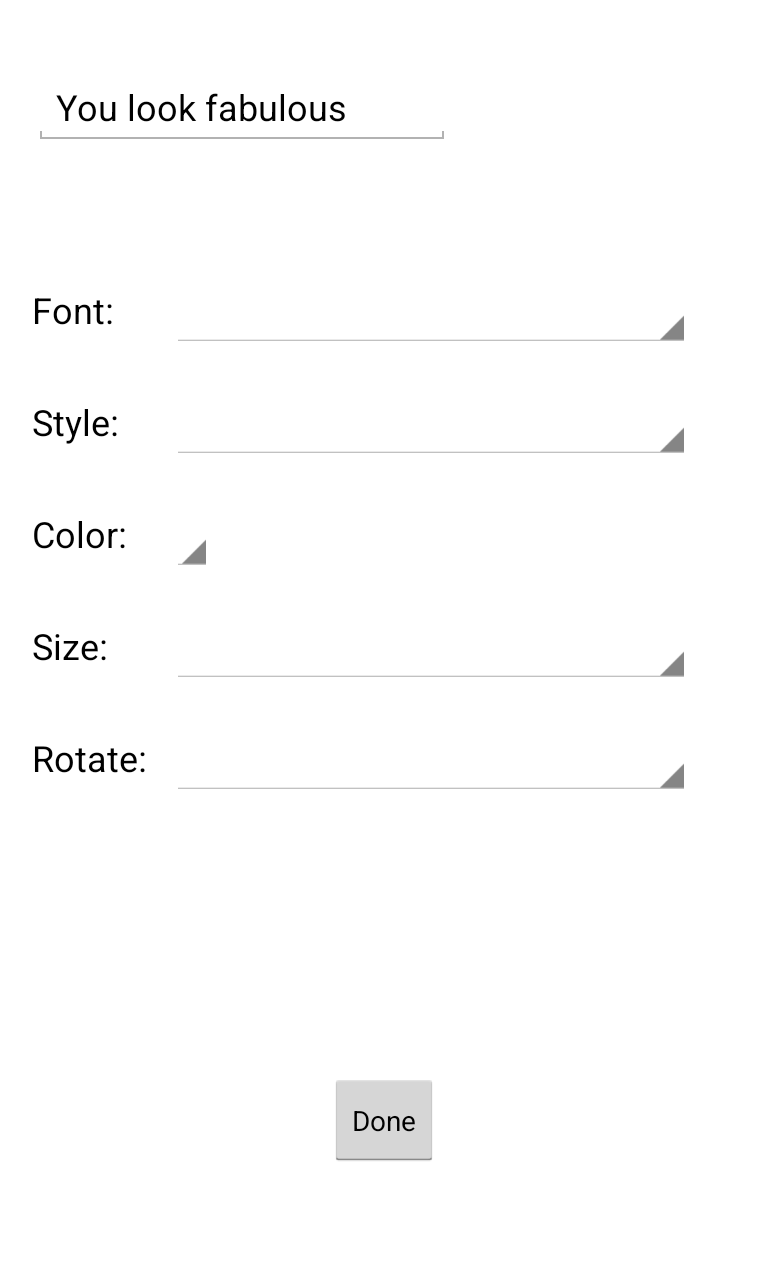
Repository: rtyanas/MyPics
Layout: workspace/MyPic/res/layout/activity_settings.xml
These files come from the project's save history. The layout is drawn as it stood at one moment and after the next save; the edit follows.
It is drawn on a 768 x 1280 px phone screen (xhdpi) without system bars, with theme AppTheme; the app's code is not run.

Above is the layout before, as saved 2013-12-17 20:01:10.

### workspace/MyPic/res/layout/activity_settings.xml
<RelativeLayout xmlns:android="http://schemas.android.com/apk/res/android"
    xmlns:tools="http://schemas.android.com/tools"
    android:id="@+id/message"
    android:layout_width="match_parent"
    android:layout_height="match_parent"
    android:paddingBottom="@dimen/activity_vertical_margin"
    android:paddingLeft="@dimen/activity_horizontal_margin"
    android:paddingRight="@dimen/activity_horizontal_margin"
    android:paddingTop="@dimen/activity_vertical_margin"
    tools:context=".SettingsActivity" >

    <EditText
        android:id="@+id/editText1"
        android:layout_width="wrap_content"
        android:layout_height="wrap_content"
        android:layout_alignParentTop="true"
        android:layout_marginTop="18dp"
        android:ems="10"
        android:text="@string/fabulous" />

    <Button
        android:id="@+id/done"
        style="?android:attr/buttonStyleSmall"
        android:layout_width="wrap_content"
        android:layout_height="wrap_content"
        android:layout_alignParentBottom="true"
        android:layout_centerHorizontal="true"
        android:layout_marginBottom="40dp"
        android:text="@string/done" />

    <LinearLayout
        android:id="@+id/linearLayout1"
        android:layout_width="wrap_content"
        android:layout_height="wrap_content"
        android:layout_alignLeft="@+id/editText1"
        android:layout_below="@+id/editText1"
        android:layout_marginTop="69dp" >

        <TextView
            android:id="@+id/textView2"
            android:layout_width="69dp"
            android:layout_height="wrap_content"
            android:text="@string/font"
            android:textAppearance="?android:attr/textAppearanceMedium" />

        <Spinner
            android:id="@+id/font"
            android:layout_width="261dp"
            android:layout_height="wrap_content" />
    </LinearLayout>

    <LinearLayout
        android:id="@+id/linearLayout2"
        android:layout_width="wrap_content"
        android:layout_height="wrap_content"
        android:layout_alignLeft="@+id/linearLayout1"
        android:layout_below="@+id/linearLayout1"
        android:layout_marginTop="24dp" >

        <TextView
            android:id="@+id/textView1"
            android:layout_width="69dp"
            android:layout_height="wrap_content"
            android:text="@string/style"
            android:textAppearance="?android:attr/textAppearanceMedium" />

        <Spinner
            android:id="@+id/style"
            android:layout_width="261dp"
            android:layout_height="wrap_content"
            android:layout_weight="1" />
    </LinearLayout>

    <LinearLayout
        android:id="@+id/linearLayout3"
        android:layout_width="wrap_content"
        android:layout_height="wrap_content"
        android:layout_alignLeft="@+id/linearLayout2"
        android:layout_below="@+id/linearLayout2"
        android:layout_marginTop="24dp" >

        <TextView
            android:id="@+id/textView3"
            android:layout_width="69dp"
            android:layout_height="wrap_content"
            android:text="@string/color_label"
            android:textAppearance="?android:attr/textAppearanceMedium" />

        <Spinner
            android:id="@+id/color"
            android:layout_width="0dip"
            android:layout_height="wrap_content"
            android:layout_weight="1" />
    </LinearLayout>

    <LinearLayout
        android:id="@+id/linearLayout4"
        android:layout_width="wrap_content"
        android:layout_height="wrap_content"
        android:layout_alignLeft="@+id/linearLayout3"
        android:layout_below="@+id/linearLayout3"
        android:layout_marginTop="24dp" >

        <TextView
            android:id="@+id/textView4"
            android:layout_width="69dp"
            android:layout_height="wrap_content"
            android:text="@string/size_label"
            android:textAppearance="?android:attr/textAppearanceMedium" />

        <Spinner
            android:id="@+id/size"
            android:layout_width="261dp"
            android:layout_height="wrap_content"
            android:layout_weight="1"  />
    </LinearLayout>

    <LinearLayout
        android:id="@+id/linearLayout5"
        android:layout_width="wrap_content"
        android:layout_height="wrap_content"
        android:layout_alignLeft="@+id/linearLayout4"
        android:layout_below="@+id/linearLayout4"
        android:layout_marginTop="24dp" >

        <TextView
            android:id="@+id/textView5"
            android:layout_width="69dp"
            android:layout_height="wrap_content"
            android:text="@string/rotate_label"
            android:textAppearance="?android:attr/textAppearanceMedium" />

        <Spinner
            android:id="@+id/rotate"
            android:layout_width="261dp"
            android:layout_height="wrap_content" />

    </LinearLayout>

</RelativeLayout>

### workspace/MyPic/res/values/strings.xml
<?xml version="1.0" encoding="utf-8"?>
<resources>

    <string name="app_name">MyPic</string>
    <string name="action_settings">Settings</string>
    <string name="hello_world">Hello world!</string>
    <string name="fabulous">You look fabulous</string>
    <string name="my_pic_image">myPic Image</string>
    <string name="get_image">Get Image</string>
    <string name="title_activity_get_image">GetImageActivity</string>
    <string name="title_activity_settings">SettingsActivity</string>
    <string name="init_text">You are fabulous</string>
    <string name="done">Done</string>
    <string-array name="Fonts">
        <item >Normal</item>
        <item >Monospace</item>
        <item >Sans Serif</item>
        <item >Serif</item>
    </string-array>
    <string-array name="Color">
        <item >Black</item>
        <item >Red</item>
        <item >Green</item>
        <item >White</item>
        <item >Blue</item>
        <item >Grey</item>
        <item >Cyan</item>
        <item >Dark Gray</item>
        <item >Magenta</item>
        <item >Transparent</item>
        <item >Yellow</item>
    </string-array>
    <string-array name="Style">
        <item >Bold</item>
        <item >Bold Italic</item>
        <item >Italic</item>
        <item >Normal</item>
    </string-array>
    <string-array name="Size">
        <item >12</item>
        <item >16</item>
        <item >18</item>
        <item >24</item>
        <item >28</item>
        <item >32</item>
        <item >36</item>
        <item >40</item>
    </string-array>
    <string-array name="Rotate">
        <item >0</item>
        <item >-90</item>
        <item >90</item>
    </string-array>
        <string name="font">Font:</string>
        <string name="style">Style:</string>
        <string name="color_label">Color:</string>
        <string name="size_label">Size:</string>
        <string name="rotate_label">Rotate:</string>

</resources>

Loaded but not shown: workspace/MyPic/res/values/styles.xml (common file); workspace/MyPic/res/values-v11/styles.xml (common file); workspace/MyPic/res/values-v14/styles.xml (common file); workspace/MyPic/res/values/dimens.xml (common file)

After the next save:
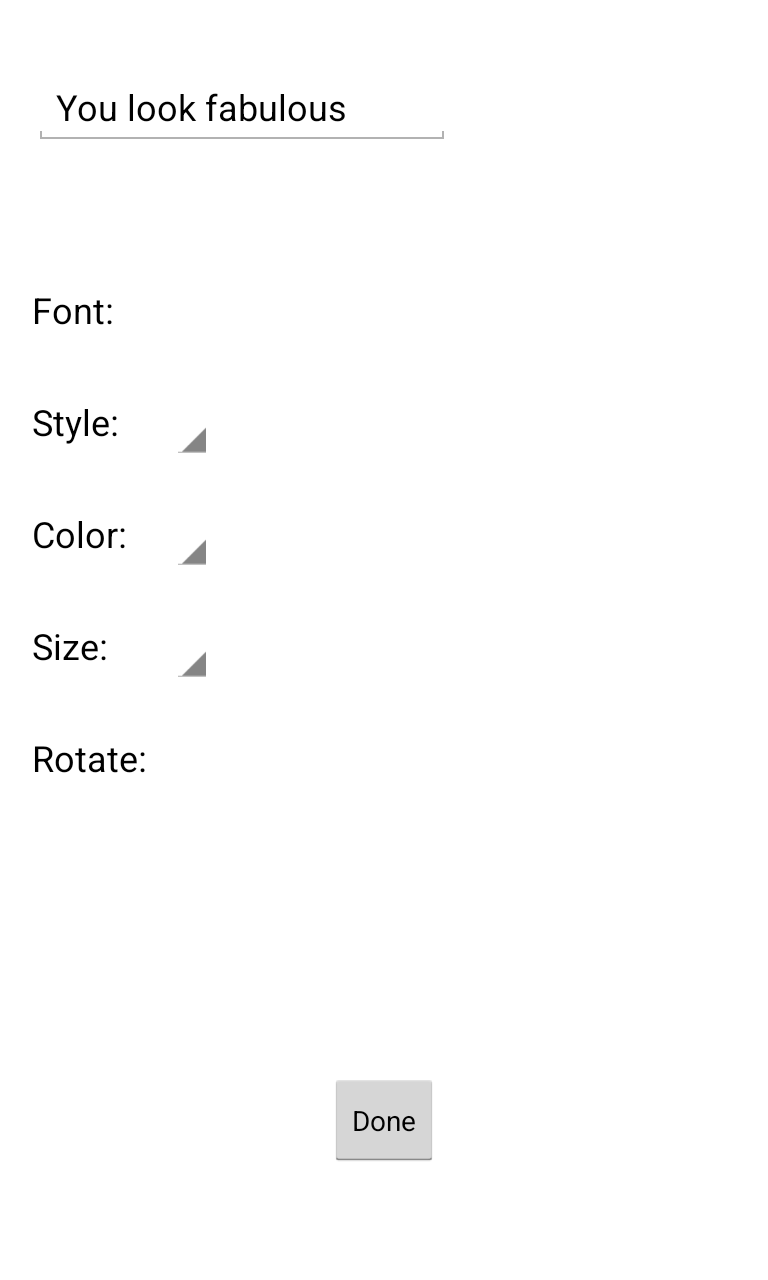
Saved 9 min 56 s later.
--- a/workspace/MyPic/res/layout/activity_settings.xml
+++ b/workspace/MyPic/res/layout/activity_settings.xml
@@ -45,7 +45,7 @@
 
         <Spinner
             android:id="@+id/font"
-            android:layout_width="261dp"
+            android:layout_width="0dip"
             android:layout_height="wrap_content" />
     </LinearLayout>
 
@@ -66,7 +66,7 @@
 
         <Spinner
             android:id="@+id/style"
-            android:layout_width="261dp"
+            android:layout_width="0dip"
             android:layout_height="wrap_content"
             android:layout_weight="1" />
     </LinearLayout>
@@ -110,7 +110,7 @@
 
         <Spinner
             android:id="@+id/size"
-            android:layout_width="261dp"
+            android:layout_width="0dip"
             android:layout_height="wrap_content"
             android:layout_weight="1"  />
     </LinearLayout>
@@ -132,7 +132,7 @@
 
         <Spinner
             android:id="@+id/rotate"
-            android:layout_width="261dp"
+            android:layout_width="0dip"
             android:layout_height="wrap_content" />
 
     </LinearLayout>
